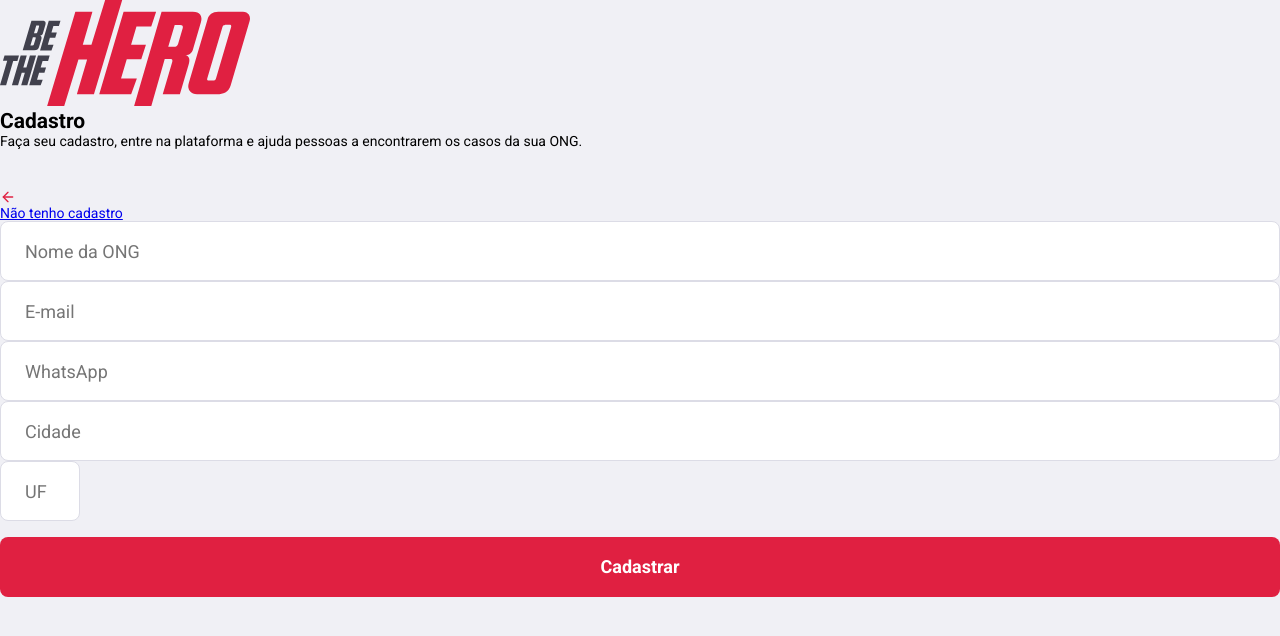
Repository: pedroevangelista/be-the-hero
Page: /register (app in frontend/)
An editor plug-in stored every save of this project. The page is shown before and after the next save, followed by the edit.
The browser window is 1280 px wide. The pictures show the whole page.
The project was rebuilt for these pictures with package versions that can differ from the ones it lists, and the page was loaded fresh each time. Also part of the build but not shown: frontend/src/pages/Logon/styles.css, frontend/src/pages/Logon/index.js, frontend/src/pages/Register/styles.css.

Above is the page before, as saved 2020-03-25 14:13:12.

### frontend/src/App.js
import React from 'react';
import './global.css'
import Routes from './routes';

function App() {

  return (
    <Routes />
  );
}

export default App;

### frontend/src/global.css
@import url('https://fonts.googleapis.com/css?family=Roboto:400,500,700&display=swap');

* {
    margin: 0;
    padding: 0;
    outline: 0;
    box-sizing: border-box;
}

body {
    font: 400 14px Roboto, sans-serif;
    background: #f0f0f5;
    -webkit-font-smoothing: antialiased;
}

input, button, textarea {
    font: 400 18px Roboto, sans-serif;
}

button {
    cursor: pointer
}

form input {
    width: 100%;
    height: 60px;
    color: #333;
    border: 1px solid #dcdce6;
    border-radius: 8px;
    padding: 0 24px;
}

.button {
    width: 100%;
    height: 60px;
    background: #e02041;
    border: 0;
    border-radius: 8px;
    color: #FFF;
    font-weight: 700;
    margin-top: 16px;
    display: inline-block;
    text-align: center;
    text-decoration: none;
    font-size: 18px;
    line-height: 60px;
    transition: filter 0.2s;
}

.button:hover {
    filter: brightness(90%);
}

.back-link {
    display: flex;
    align-items: center;
    margin-top: 40px;
    color: #41414d;
    font-size: 18px;
    text-decoration: none;
    font-weight: 500;
    transition: opacity 0.2s;
}

.back-link svg {
    margin-right: 8px;
}

.back-link:hover {
    opacity: 0.8;
}

### frontend/src/routes.js
import React from 'react';
import { BrowserRouter, Route, Switch } from 'react-router-dom';

import Logon from './pages/Logon';
import Register from './pages/Register';

export default function Routes() {
    return (
        <BrowserRouter>
            <Switch>
                <Route path="/" exact component={Logon}></Route>
                <Route path="/register" component={Register}></Route>
            </Switch>
        </BrowserRouter>
    );
}

### frontend/src/pages/Register/index.js
import React from 'react';
import { Link } from 'react-router-dom';
import { FiArrowLeft } from 'react-icons/fi';
import './styles.css'
import logoImg from '../../assets/logo.svg';

export default function Register() {
    return (
        <div className="register-container">
            <div className="content">
                <section>
                    <img src={logoImg} alt="Be The Hero" />

                    <h1>Cadastro</h1>
                    <p>Faça seu cadastro, entre na plataforma e ajuda pessoas a encontrarem os casos da sua ONG.</p>

                    <Link to="/register">
                        <FiArrowLeft className="back-link" size="16" color="#e02041" />
                        Não tenho cadastro
                    </Link>
                </section>

                <form action="">
                    <input placeholder="Nome da ONG" />
                    <input type="email" placeholder="E-mail" />
                    <input placeholder="WhatsApp" />

                    <div className="input-group">
                        <input placeholder="Cidade" />
                        <input placeholder="UF" style={ { width: 80 } } />
                    </div>

                    <button className="button" type="submit">Cadastrar</button>
                </form>
            </div>
        </div>
    );

}

Loaded but not shown: frontend/public/index.html (common file); frontend/src/index.js (common file)

After the next save:
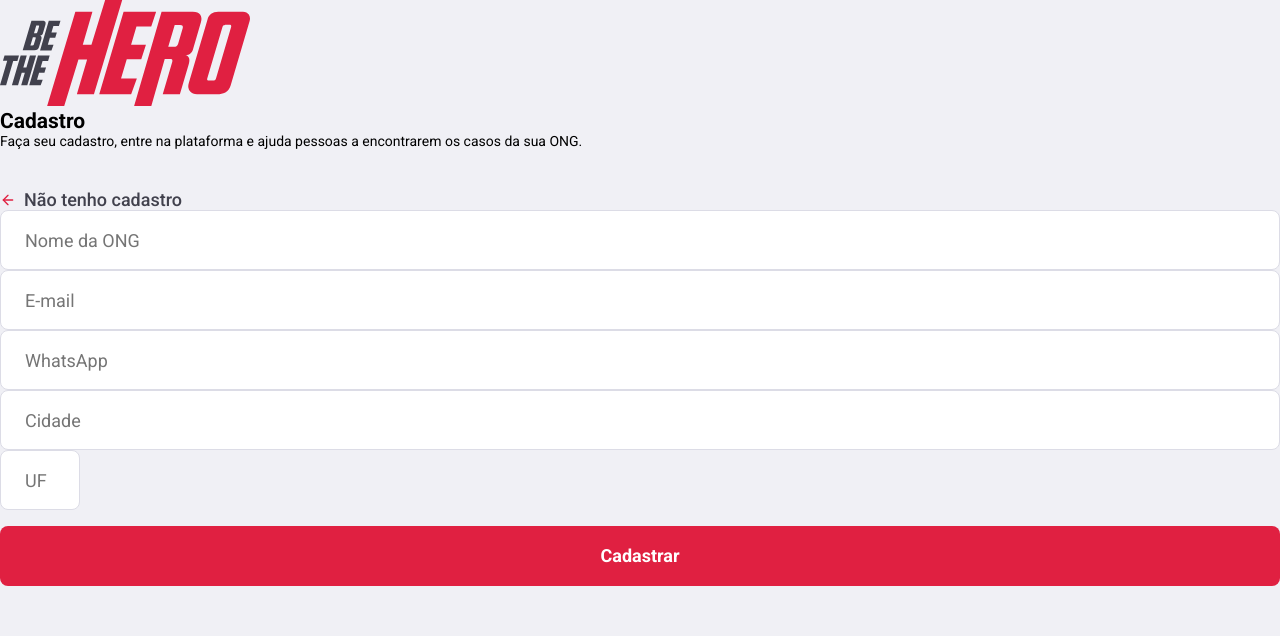
Saved 16 s later.
--- a/frontend/src/pages/Register/index.js
+++ b/frontend/src/pages/Register/index.js
@@ -14,8 +14,8 @@ export default function Register() {
                     <h1>Cadastro</h1>
                     <p>Faça seu cadastro, entre na plataforma e ajuda pessoas a encontrarem os casos da sua ONG.</p>
 
-                    <Link to="/register">
-                        <FiArrowLeft className="back-link" size="16" color="#e02041" />
+                    <Link className="back-link" to="/register">
+                        <FiArrowLeft size="16" color="#e02041" />
                         Não tenho cadastro
                     </Link>
                 </section>
